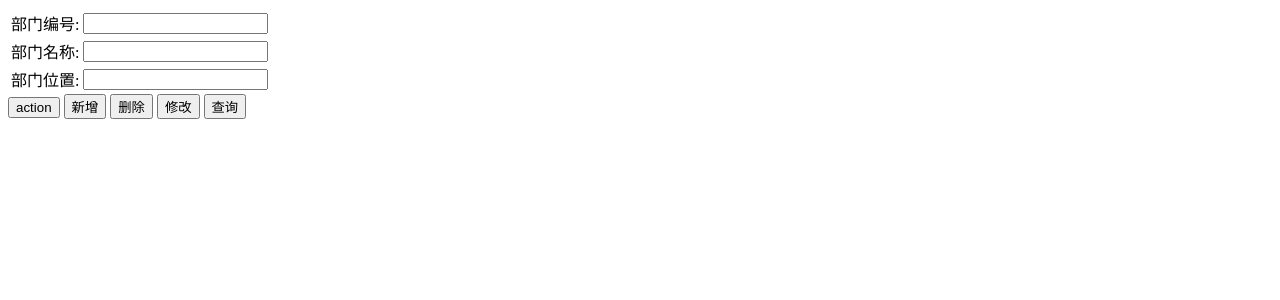
Repository: jianminghao/ssiProject
Page: http://localhost/myssiProject/dept.jsp
These files come from the project's save history. The page is drawn as it stood at one moment and after the next save; the edit follows.
The browser window is 1280 px wide. The pictures show the whole page.
The page is served by Tomcat 9. Other server files are loaded and not shown.

Above is the page before, as saved 2020-03-05 04:09:14.

### myssiProject/WebContent/dept.jsp
<%@ page language="java" contentType="text/html; charset=UTF-8"
    pageEncoding="UTF-8"%>
<!DOCTYPE html>
<%@page import="java.util.List"%>
<%@page import="java.util.ArrayList"%>
<%@page import="myssiProject.com.hao.detp.vo.DeptInfo"%>


<html>
<head>
<meta charset="UTF-8">
<title>Insert title here</title>
<SCRIPT src="resource/jquery/jquery.js" type=text/javascript></SCRIPT>

	<script type="text/javascript">
		var locationPath = "localhost:8080/myssiProject";
		//定义Action的URL
	    insert = function (){
			debugger;
	    	var deptNo =  document.getElementById("deptNo").value;
	    	var dName =  document.getElementById("dName").value;
	    	var loc =  document.getElementById("loc").value;
			document.all.dept.action=locationPath+"/dept.do?method=insert"
										+"&deptInfo.deptNo="+deptNo
										+"&deptInfo.dName="+dName
										+"&deptInfo.loc="+loc;
			document.all.dept.submit();
		}
	    function deleteInfo(){
			debugger;
	    	var deptNo =  document.getElementById("deptNo").value;
	    	var dName =  document.getElementById("dName").value;
	    	var loc =  document.getElementById("loc").value;
			document.all.dept.action=locationPath+"/dept.do?method=delete"
										+"&deptInfo.deptNo="+deptNo
										+"&deptInfo.dName="+dName
										+"&deptInfo.loc="+loc;
			document.all.dept.submit();
		}
	    function update(){
			debugger;
	    	var deptNo =  document.getElementById("deptNo").value;
	    	var dName =  document.getElementById("dName").value;
	    	var loc =  document.getElementById("loc").value;
			document.all.dept.action=locationPath+"/dept.do?method=update"
										+"&deptInfo.deptNo="+deptNo
										+"&deptInfo.dName="+dName
										+"&deptInfo.loc="+loc;
			document.all.dept.submit();
		}
	    function query(){
			debugger;
	    	var deptNo =  document.getElementById("deptNo").value;
	    	var dName =  document.getElementById("dName").value;
	    	var loc =  document.getElementById("loc").value;
			document.all.dept.action=locationPath+"/dept.do?method=list"
										+"&deptInfo.deptNo="+deptNo
										+"&deptInfo.dName="+dName
										+"&deptInfo.loc="+loc;
			console.log(document.all.dept.action);
			document.all.dept.submit();
		}

	</script>
</head>
<body>
	<form id="dept" name ="dept"  method="post" action="dept.do" >
	<!-- <form action="dept.do"  method="post" focus="dept"> -->
		<table>
			<tr>
				<td>部门编号:  </td>
				 <td><input type="text" id="deptNo" name="deptInfo.deptNo"></td>
			</tr>
			<tr>
				<td>部门名称:  </td>
				 <td><input type="text" id="dName" name="deptInfo.dName"></td>
			</tr>
			<tr>
				<td>部门位置:  </td>
				 <td><input type="text" id="loc" name="deptInfo.loc"></td>
			</tr>
		</table>
		<input type="submit"  value="action" hidden;>
		<input type="button" class="btn" onclick=insert() value="新增">
		<input type="button" class="btn" onclick=deleteInfo() value="删除">
		<input type="button" class="btn" onclick=update() value="修改">
		<input type="button" class="btn" onclick=query() value="查询">
	</form>
</body>
</html>

Loaded but not shown: myssiProject/WebContent/resource/jquery/jquery.js (library)

After the next save:
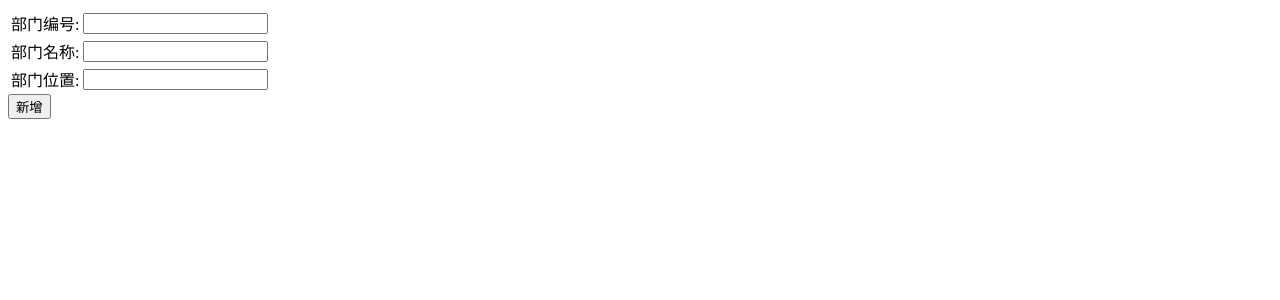
Saved 34 s later.
--- a/myssiProject/WebContent/dept.jsp
+++ b/myssiProject/WebContent/dept.jsp
@@ -80,11 +80,11 @@
 				 <td><input type="text" id="loc" name="deptInfo.loc"></td>
 			</tr>
 		</table>
-		<input type="submit"  value="action" hidden;>
-		<input type="button" class="btn" onclick=insert() value="新增">
+		<input type="submit"  value="新增">
+		<!-- <input type="button" class="btn" onclick=insert() value="新增">
 		<input type="button" class="btn" onclick=deleteInfo() value="删除">
 		<input type="button" class="btn" onclick=update() value="修改">
-		<input type="button" class="btn" onclick=query() value="查询">
+		<input type="button" class="btn" onclick=query() value="查询"> -->
 	</form>
 </body>
 </html>
